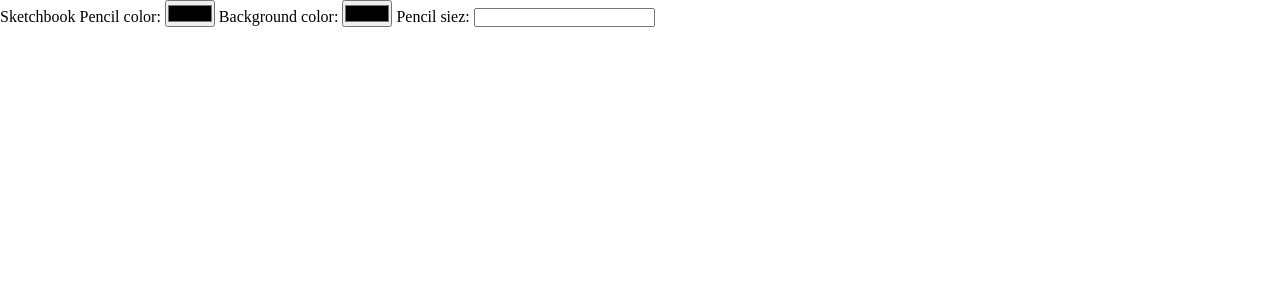
Repository: Ryszard-Penkala/Canvas-p5
Page: index.html
An editor plug-in stored every save of this project. The page is shown before and after the next save, followed by the edit.
The browser window is 1280 px wide. The pictures show the whole page.
Some web libraries are served in a nearby version.

Above is the page before, as saved 2020-07-10 07:02:59.

### index.html
<!DOCTYPE html>
<html lang="en">
<head>
    <meta charset="UTF-8">
    <meta name="viewport" content="width=device-width, initial-scale=1.0">
    <link rel="stylesheet" href="./assets/styles/style.css">
    <script src="https://cdnjs.cloudflare.com/ajax/libs/p5.js/1.0.0/p5.min.js"></script>
    <title>p5</title>
</head>
<body>
    <main class="sketchbook">
        <header class="sketchbook__header">
            <div class="sketchbook__pickers">
                <span class="sketchbook__logo">Sketchbook</span>
                <span class="sketchbook_pencil-color">Pencil color: <input type="color" id="pencil-color-picker" class="sketchbook__picker"></span>
                <span class="sketchbook_background-color">Background color: <input type="color" id="bg-color-picker" class="sketchbook__picker"></span>
                <span class="sketchbook_pencil-size">Pencil siez: <input type="number" id="size-picker" class="sketchbook__picker"></span>
            </div>
            <div class="sketchbook_buttons">

            </div>

        </header>
        <section class="sketchbook__canvas" data-canvas></section>
    </main>

    <script src="./assets/js/index.js"></script>
</body>
</html>

### assets/styles/style.css
*,
*::before,
*::after {
  margin: 0;
  padding: 0;
  -webkit-box-sizing: border-box;
          box-sizing: border-box;
}

.canvas {
  width: 400px;
  height: 800px;
}
/*# sourceMappingURL=style.css.map */

### assets/js/index.js
UiSelectors = {
  dataCanvas : `[data-canvas]`
}

const dataCanvas = document.querySelector(UiSelectors.dataCanvas);

function setup() {
  const canvas = createCanvas(dataCanvas.offsetWidth, dataCanvas.offsetHeight);
  canvas.background(100);
  canvas.parent(dataCanvas);
}

After the next save:
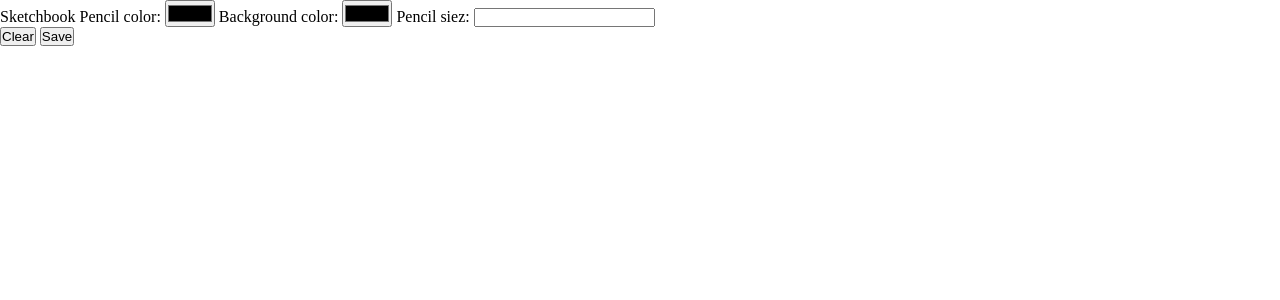
Saved 58 s later.
--- a/index.html
+++ b/index.html
@@ -17,7 +17,8 @@
                 <span class="sketchbook_pencil-size">Pencil siez: <input type="number" id="size-picker" class="sketchbook__picker"></span>
             </div>
             <div class="sketchbook_buttons">
-
+                <button id="clear" class="sketchbook__button">Clear</button>
+                <button id="save" class="sketchbook__button">Save</button>
             </div>
 
         </header>
